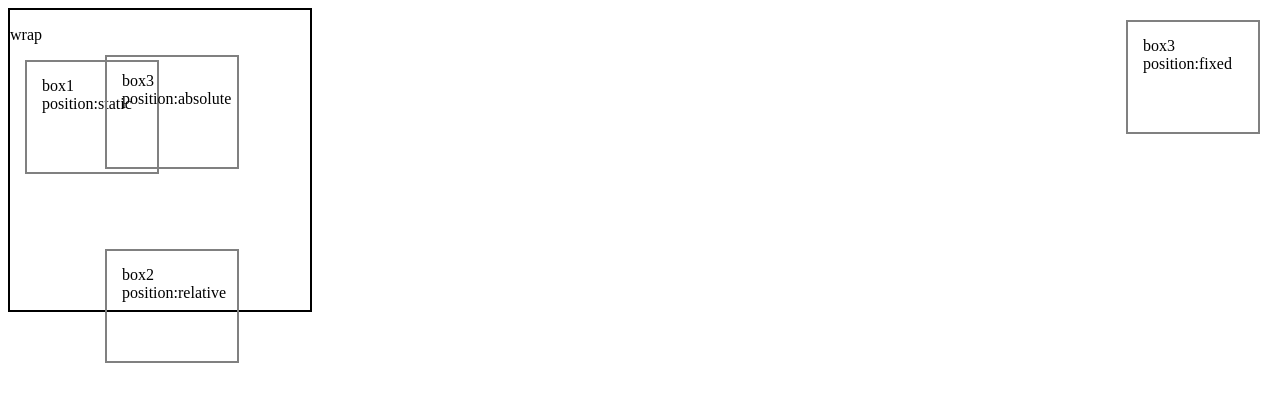
Repository: yeonddu/green_css
Page: web/pro01/songyeonsu/layout2.html
These files come from the project's save history. The page is drawn as it stood at one moment and after the next save; the edit follows.
The browser window is 1280 px wide. The pictures show the whole page.

Above is the page before, as saved 2022-12-13 08:13:33.

After the next save:
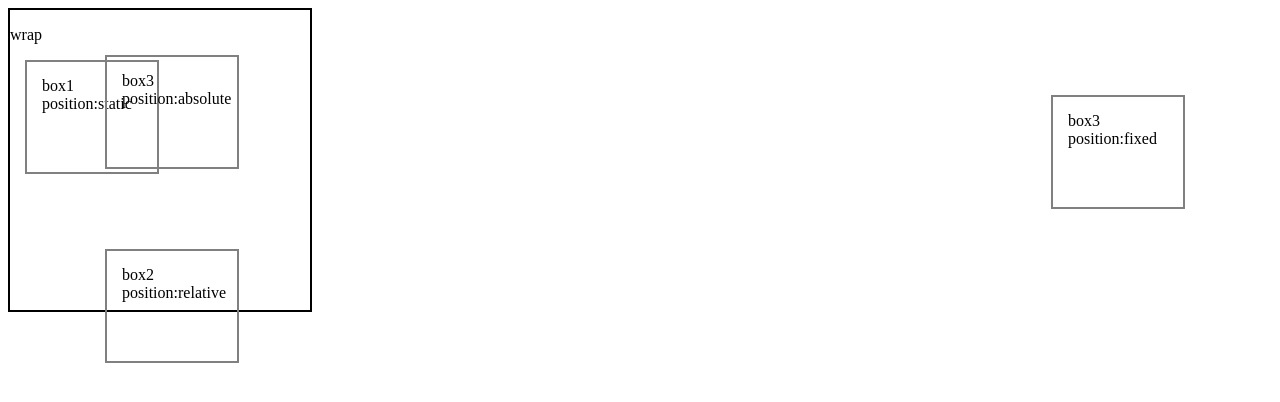
Saved 10 s later.
--- a/web/pro01/songyeonsu/layout2.html
+++ b/web/pro01/songyeonsu/layout2.html
@@ -35,8 +35,8 @@
 	}
 	.box4 {
 		position:fixed;
-		top:5px;
-		right:5px;
+		top:80px;
+		right:80px;
 	}
 </style>
 </head>
